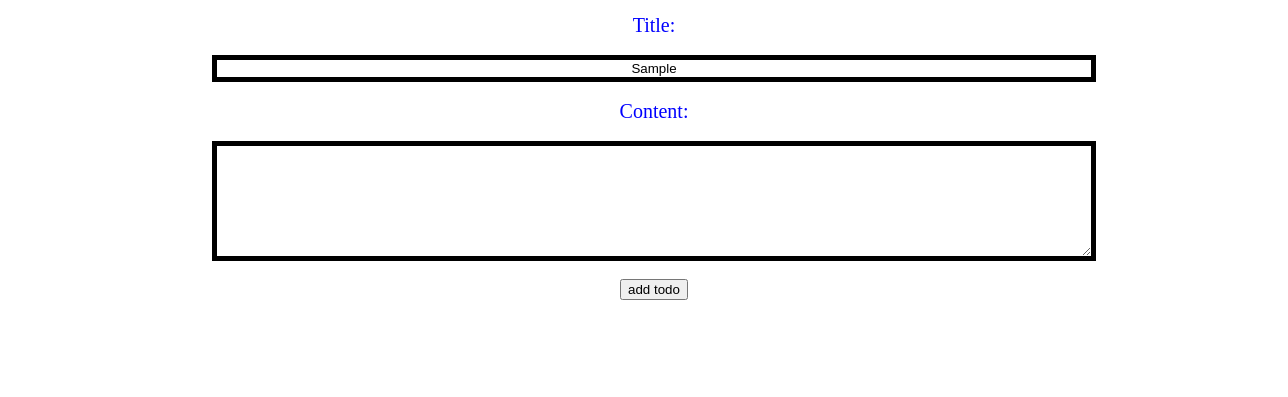
Repository: gabe126679/todo-list
Page: index.html
An editor plug-in stored every save of this project. The page is shown before and after the next save, followed by the edit.
The browser window is 1280 px wide. The page is 1288 px wide, so the pictures cover 1288 px, including what lies to the right of the window. The pictures show the whole page.
Empty fields were first filled with sample values (such as "Sample", 5 or name@example.com).
After loading, the first visible `#todo-form` was submitted once.

Above is the page before, as saved 2022-03-15 15:56:51.

### index.html
<html>
    <body>
        <div class="container">
            <form id="todo-form">
                <label for="title"> Title: </label>
                    <br>
                    <br>
                <input id="title">
                    <br>
                    <br>
                <label for="content"> Content: </label>
                    <br>
                    <br>
                <textarea id="content">

                </textarea>
                    <br>
                    <br>
                <button type="submit"> add todo
                </button>
            </form>
        </div>
    </body>
    <style>
        .container {
            margin: 12px;
            padding: 2px;
            text-align: center;
            position: relatve;
            width: 100%;
        }
        label {
            color: blue;
            font-size: 20px;
        }
        #title {
            width: 70%;
            border: 5px solid #000;
            text-align: center;
        }
        #content {
            width: 70%;
            border: 5px solid #000;
            text-align: center;
            height: 120px;
        }
    </style>
    <script>

        const title = document.getElementById('title');
        const content = document.getElementById('content');

        const formFunction = (e) => {
            e.preventDefault();
            console.log(title.value);
        }

        const form = document.getElementById("todo-form")
        form.addEventListener("submit", formFunction)
    </script>
</html>

After the next save:
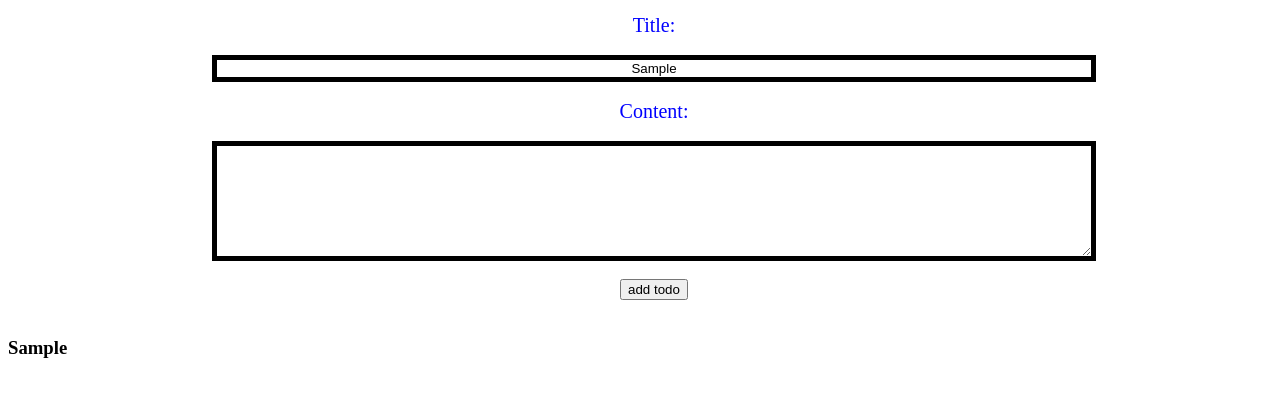
Saved 88 s later.
--- a/index.html
+++ b/index.html
@@ -52,6 +52,11 @@
 
         const formFunction = (e) => {
             e.preventDefault();
+            const noteTitle = document.createElement("h3");
+                noteTitle.innerText = title.value;
+
+            document.body.appendChild(noteTitle);
+
             console.log(title.value);
         }
 
